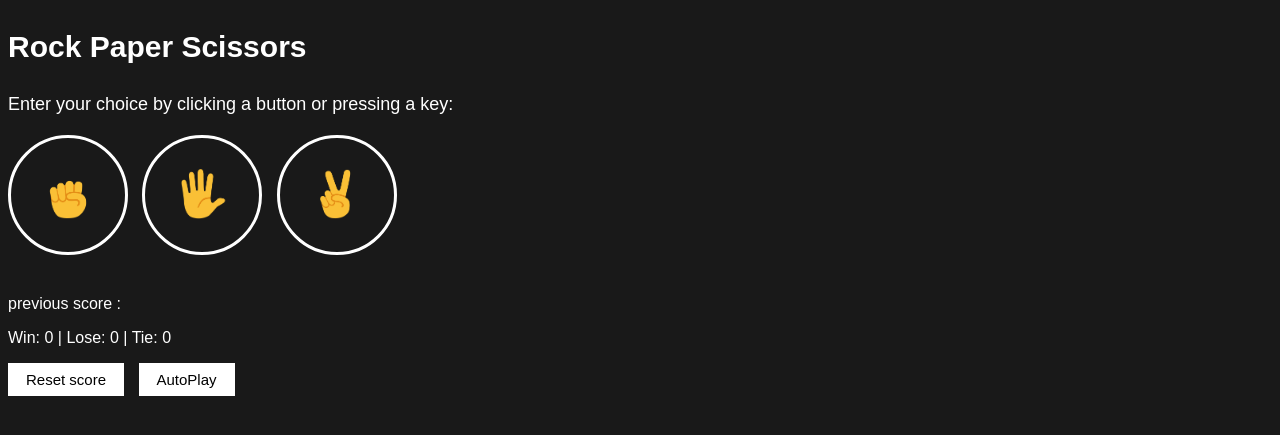
Repository: Gaurav124937/javascript
Page: html/08-rock-paper-scissors-evetlistner.html
The author's editor kept a copy of each file at every save. The page is drawn from the files as they stood at one save, then again after the next save.
The browser window is 1280 px wide. The pictures show the whole page.

Above is the page before, as saved 2026-04-06 21:36:57.

After the next save:
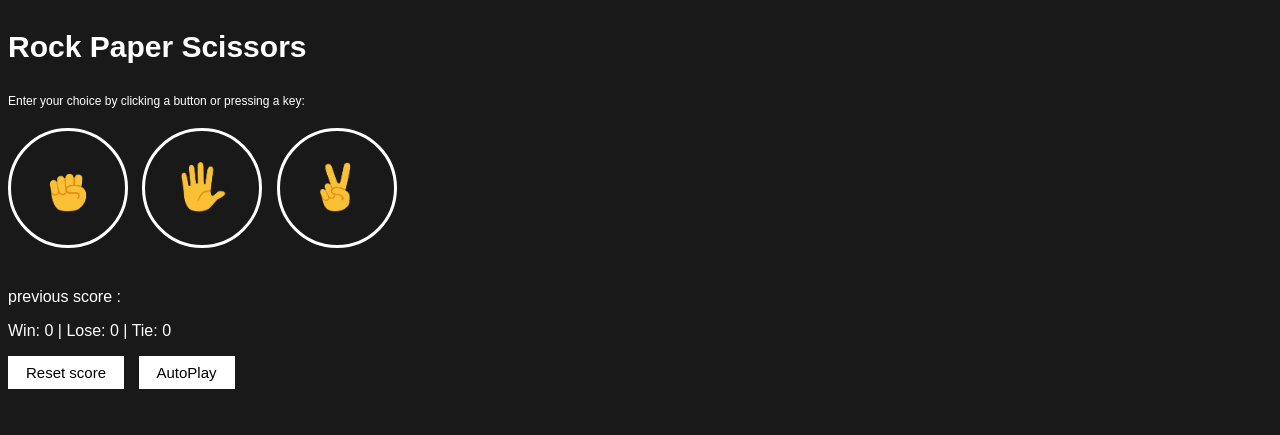
Saved 5 s later.
--- a/css/rock-paper-scisssor-autoplay.css
+++ b/css/rock-paper-scisssor-autoplay.css
@@ -60,6 +60,6 @@ body {
 }
 
 .instructions {
-    font-size: 18px;
+    font-size: 12px;
     margin-bottom: 20px;
 }
